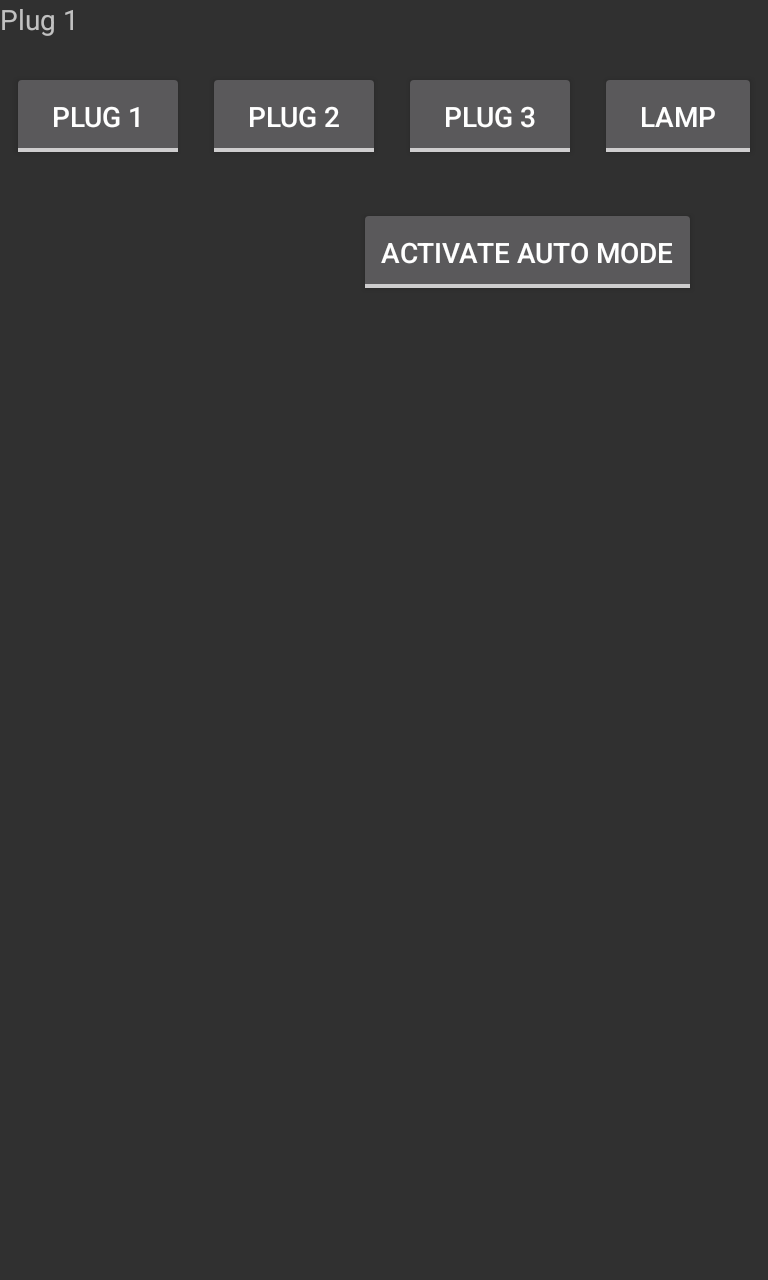
Repository: deanzaka/Shroom-Smart-Terminal
Layout: IOIOShroomST/res/layout/settings.xml
These files come from the project's save history. The layout is drawn as it stood at one moment and after the next save; the edit follows.
It is drawn on a 768 x 1280 px phone screen (xhdpi) without system bars, with theme Theme.AppCompat; the app's code is not run.

Above is the layout before, as saved 2014-11-17 01:53:54.

### IOIOShroomST/res/layout/settings.xml
<?xml version="1.0" encoding="utf-8"?>
<LinearLayout xmlns:android="http://schemas.android.com/apk/res/android"
    android:orientation="vertical"
    android:layout_width="fill_parent"
    android:layout_height="fill_parent">

    <TextView
        android:layout_width="wrap_content"
        android:layout_height="wrap_content"
        android:text="@string/terminal_1" />

	<RelativeLayout
	    android:layout_width="match_parent"
		android:layout_height="wrap_content"
		android:orientation="horizontal"
		android:gravity="center_horizontal"
		android:paddingTop="10dp">

	    <ToggleButton
			android:id="@+id/Terminal1"
			android:layout_width="wrap_content"
			android:layout_height="wrap_content"
			android:layout_margin="5dp"
			android:text="@string/terminal_1"
			android:textOn="@string/terminal_1"
			android:textOff="@string/terminal_1"
			/>

		<ToggleButton
			android:id="@+id/Terminal2"
			android:layout_width="wrap_content"
			android:layout_height="wrap_content"
			android:layout_toRightOf="@id/Terminal1"
			android:layout_margin="5dp"
			android:text="@string/terminal_2"
			android:textOn="@string/terminal_2"
			android:textOff="@string/terminal_2"
			/>

		<ToggleButton
			android:id="@+id/Terminal3"
			android:layout_width="wrap_content"
			android:layout_height="wrap_content"
			android:layout_toRightOf="@id/Terminal2"
			android:layout_margin="5dp"
			android:text="@string/terminal_3"
			android:textOn="@string/terminal_3"
			android:textOff="@string/terminal_3"
			/>

		<ToggleButton
			android:id="@+id/Lamp"
			android:layout_width="wrap_content"
			android:layout_height="wrap_content"
			android:layout_toRightOf="@id/Terminal3"
			android:layout_margin="5dp"
			android:text="@string/lamp"
			android:textOn="@string/lamp"
			android:textOff="@string/lamp"
			/>
	</RelativeLayout>

	<RelativeLayout
	    android:layout_width="match_parent"
		android:layout_height="wrap_content"
		android:orientation="horizontal"
		android:gravity="right"
		android:paddingTop="10dp"
		android:paddingRight="30dp">

	    <ToggleButton
			android:id="@+id/AutoMode"
			android:layout_width="wrap_content"
			android:layout_height="wrap_content"
			android:layout_margin="5dp"
			android:text="@string/auto_label"
			android:textOn="Deactivate Auto Mode"
			android:textOff="Activate Auto Mode"
			/>
	</RelativeLayout>

</LinearLayout>

### IOIOShroomST/res/values/strings.xml
<?xml version="1.0" encoding="utf-8"?>
<resources>

    <string name="app_name">Shroom - Smart Outlet</string>
    <string name="terminal_1">Plug 1</string>
    <string name="terminal_2">Plug 2</string>
    <string name="terminal_3">Plug 3</string>
    <string name="lamp">Lamp</string>
    <string name="light_label">Light intensity: </string>
    <string name="temp_label">Temperature</string>
    <string name="cel_label">celcius</string>
    <string name="lux_label">lux</string>
    <string name="auto_label">Auto Mode</string>
    <string name="action_sensors">Sensors</string>
    <string name="action_settings">Setting</string>
    <string name="setting_alert">Go to setting?</string>
    <string name="sensors_alert">Setup sensors?</string>
    <string name="yes_answer">Yes</string>
    <string name="no_answer">No</string>
    <string name="title_activity_settings">Settings</string>
    <string name="hello_world">Hello world!</string>
    <string name="title_activity_sensors">Sensors</string>

</resources>

After the next save:
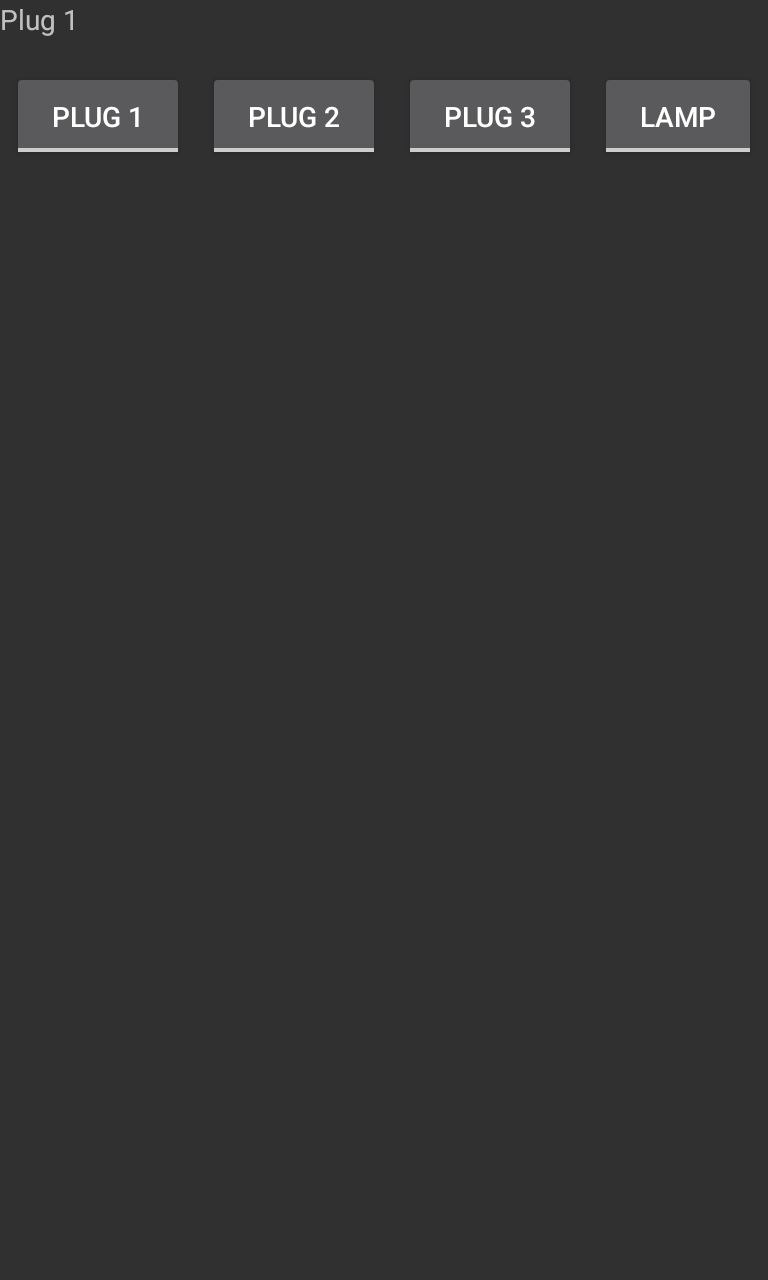
Saved 21 s later.
--- a/IOIOShroomST/res/layout/settings.xml
+++ b/IOIOShroomST/res/layout/settings.xml
@@ -60,23 +60,4 @@
 			/>
 	</RelativeLayout>
 
-	<RelativeLayout
-	    android:layout_width="match_parent"
-		android:layout_height="wrap_content"
-		android:orientation="horizontal"
-		android:gravity="right"
-		android:paddingTop="10dp"
-		android:paddingRight="30dp">
-
-	    <ToggleButton
-			android:id="@+id/AutoMode"
-			android:layout_width="wrap_content"
-			android:layout_height="wrap_content"
-			android:layout_margin="5dp"
-			android:text="@string/auto_label"
-			android:textOn="Deactivate Auto Mode"
-			android:textOff="Activate Auto Mode"
-			/>
-	</RelativeLayout>
-
 </LinearLayout>
